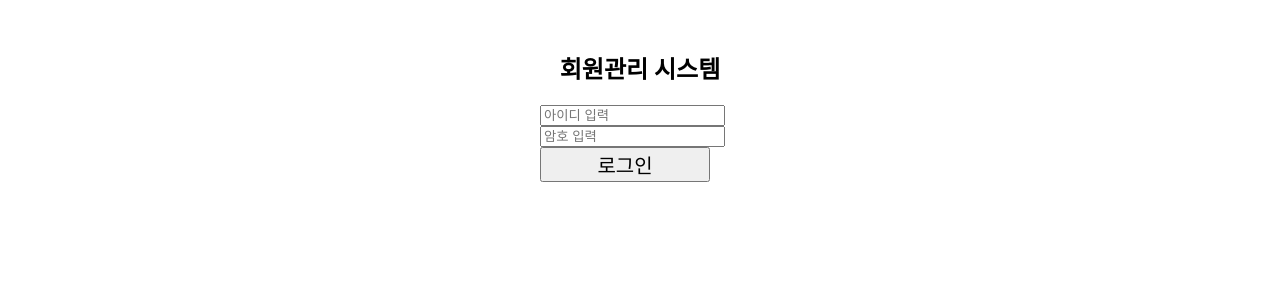
Repository: cdnwell/Jsp
Page: http://localhost/MemberProject/
The author's editor kept a copy of each file at every save. The page is drawn from the files as they stood at one save, then again after the next save.
The browser window is 1280 px wide. The pictures show the whole page.
The page is served by Tomcat 9.

Above is the page before, as saved 2022-07-05 03:17:02.

After the next save:
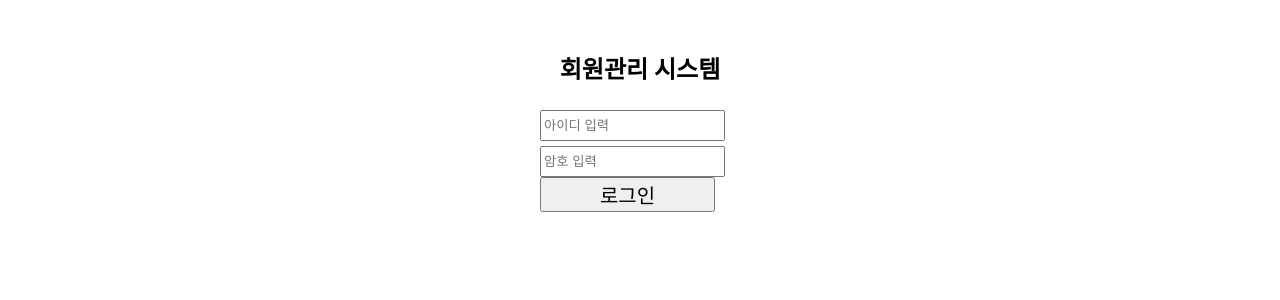
Saved 21 s later.
--- a/MemberProject/src/main/webapp/index.jsp
+++ b/MemberProject/src/main/webapp/index.jsp
@@ -16,8 +16,13 @@
 		text-align : center;
 	}
 
+	input{
+		margin-top:5px;
+		height:25px;
+	}
+
 	button{
-		width : 170px;
+		width : 175px;
 		font-size : 20px;
 	}
 
